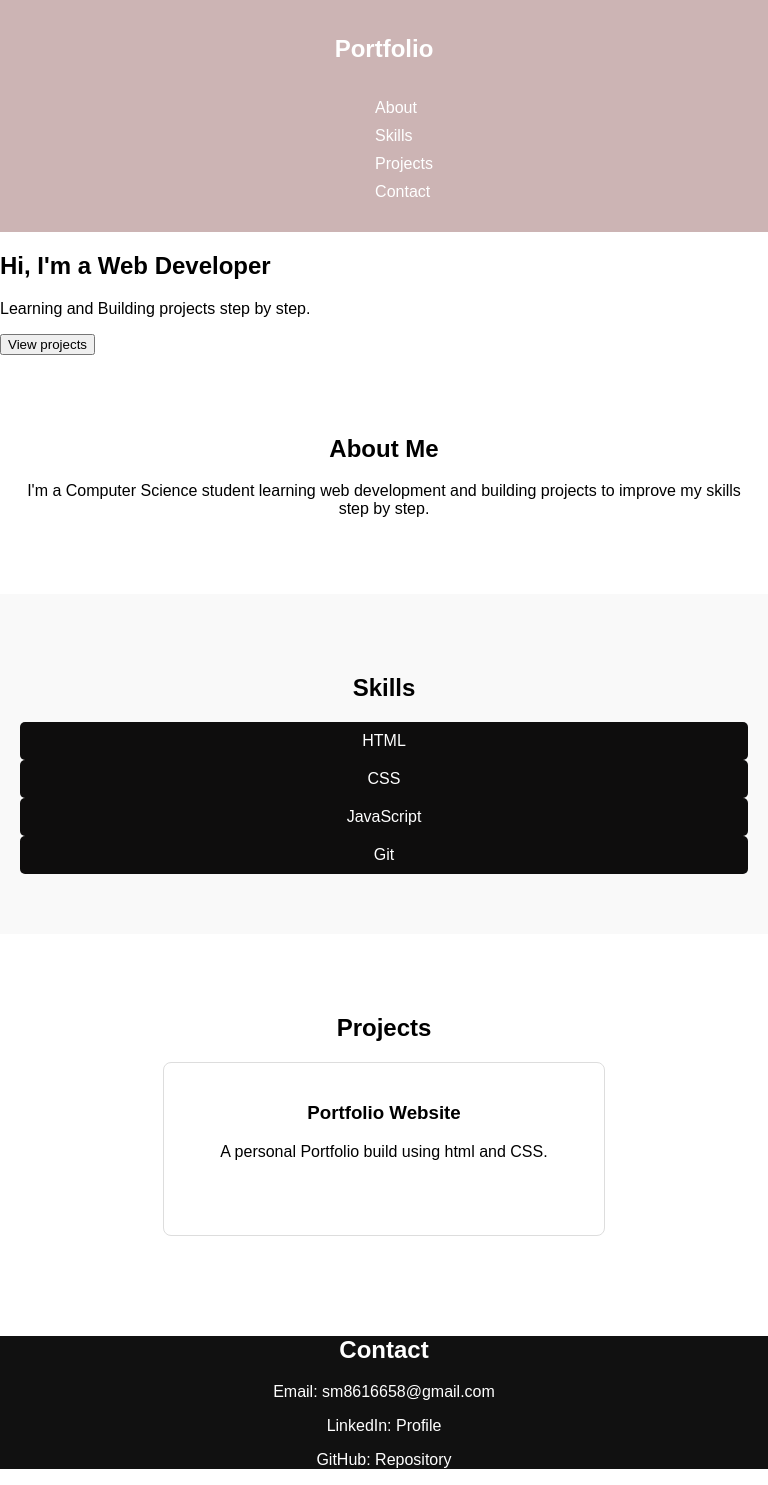
Repository: syeda-naqvi-hub/Portfolio-website
Page: python/portfolio/index.html
An editor plug-in stored every save of this project. The page is shown before and after the next save, followed by the edit.
The browser window is 768 px wide. The pictures show the whole page.

Above is the page before, as saved 2026-02-07 11:55:24.

### python/portfolio/index.html
<!DOCTYPE html>
<html lang="en">
<head>
    <meta charset="UTF-8">
    <meta name="viewport" content="width=device-width, initial-scale=1.0">
    <title>Portfolio</title>
    <link rel="stylesheet" href="style.css">
</head>
<body>
    <script src="script.js"></script>
    <header>
        <nav>
            <h2 class="logo">Portfolio</h2>
            <ul>
                <li><a href="#about">About</a></li>
                <li><a href="#skills">Skills</a></li>
                <li><a href="#projects">Projects</a></li>
                <li><a href="#contact">Contact</a></li>
            </ul>
        </nav>
    </header>
    <section class=""hero">
        <h1>Hi, I'm a Web Developer </h1>
        <p>Learning and Building projects step by step.</p>
        <button>View projects</button>
    </section>
    <section id="about" class="about">
        <h2>About Me</h2>
        <p>
            I'm a Computer Science student learning web development and building projects to improve my skills step by step.
        </p>
    </section>
    <section id="skills" class="skills">
        <h2>Skills</h2>
        <div class="skills-list">
            <div>HTML</div>
            <div>CSS</div>
            <div>JavaScript</div>
            <div>Git</div>
        </div>
    </section>
    <section id="projects" class="projects">
        <h2>Projects</h2>
        <div class="project-card">
            <h3>Portfolio Website</h3>
            <p>A personal Portfolio build using html and CSS.</p>
            <a href="#">Live Demo</a>
            <a href="#">Github</a>
        </div>
    </section>
    <section id="contact" class="contact">
        <h2>Contact</h2>
        <p>Email: <a href="mailto:sm8616658@gmail.com">sm8616658@gmail.com</a></p>
        <p>LinkedIn: <a href="https://linkedin.com/in/Syeda Naqvi">Profile</a></p>
        <p>GitHub: <a href="https://github.com/syeda-naqvi-hub">Repository</a></p>
    </section>
</body>
</html>

### python/portfolio/style.css
body {
    font-family: arial,sans-serif;
    margin: 0;
}
header {
    background: #ccb4b4;
    color: white;
    padding: 15px 30px;
}
nav {
    display: flex;
    justify-content: space-between;
    align-items: center;
}
ul {
    display: flex;
    list-style: none;
    gap: 20px;
}
a {
    color: white;
    text-decoration:none
}
.hero {
    height: 80vh;
    display: flex;
    flex-direction: column;
    justify-content: center;
    background: #cec6c6;
    text-align: center;
}
.about {
    padding: 60px 20px;
    text-align: center;
}
.skills {
    background: #f9f9f9;
    padding: 60px 20px;
    text-align: center;
}
.skills-set {
    display: flex;
    justify-content: center;
    gap: 20px;
    margin-top: 20px;
}
.skills-list div {
    background: #0e0d0d;
    color: white;
    padding: 10px 20px;
    border-radius: 5px;
}
.projects {
    padding: 60px 20px;
    text-align: center;
}
.project-card {
    border: 1px solid #ddd;
    padding: 20px;
    margin: 20px auto;
    max-width: 400px;
    border-radius: 8px;
}
.project-card a {
    margin: 10px;
    display: inline-block;
}
.contact {
    background: #111;
    color: white;
    padding: 40x;
    text-align: center;
}
@media (max-width: 768px)
{
    nav {
        flex-direction: column;
    }
    ul {
        flex-direction: column;
        gap: 10px;
    }
    .skills-list {
        flex-direction: column;
        align-items: center;
    }
    .hero {
        height: auto;
        padding: 40px 20px;
    }
}

### python/portfolio/script.js
console.log("Portfolio loaded")

After the next save:
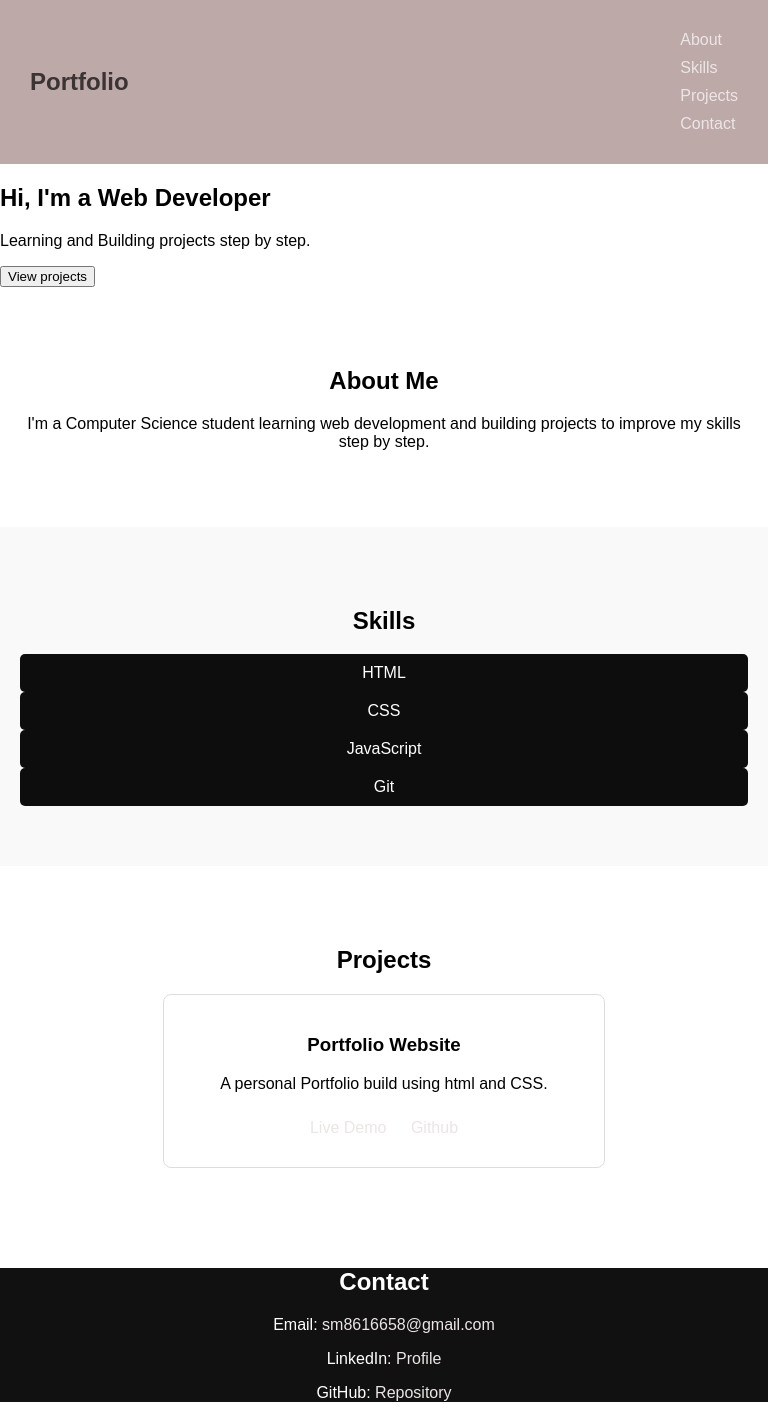
Saved 4 min 8 s later.
--- a/python/portfolio/style.css
+++ b/python/portfolio/style.css
@@ -3,8 +3,8 @@ body {
     margin: 0;
 }
 header {
-    background: #ccb4b4;
-    color: white;
+    background: #bea9a9;
+    color: rgb(58, 52, 52);
     padding: 15px 30px;
 }
 nav {
@@ -18,7 +18,7 @@ ul {
     gap: 20px;
 }
 a {
-    color: white;
+    color: rgb(236, 229, 229);
     text-decoration:none
 }
 .hero {
@@ -74,7 +74,7 @@ a {
 @media (max-width: 768px)
 {
     nav {
-        flex-direction: column;
+        flex-direction: center;
     }
     ul {
         flex-direction: column;
